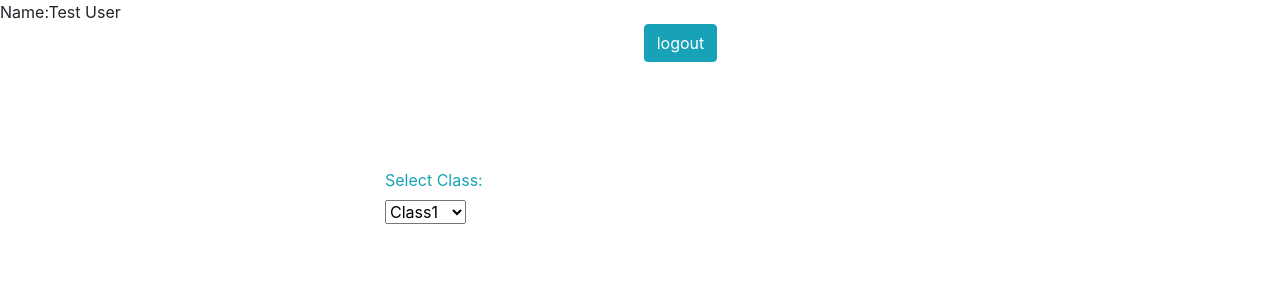
Repository: sindurup/Phase2Project
Page: http://localhost/LearnersAcademyPro/classInfo.jsp
The author's editor kept a copy of each file at every save. The page is drawn from the files as they stood at one save, then again after the next save.
The browser window is 1280 px wide. The pictures show the whole page.
Some web libraries are served in a nearby version. The page is served by Tomcat 9. The session is filled in as if someone had signed in: {"uname": "Test User", "pw": 1}.

Above is the page before, as saved 2021-09-27 12:40:56.
Console error: TypeError: Cannot read properties of undefined (reading 'fn')

After the next save:
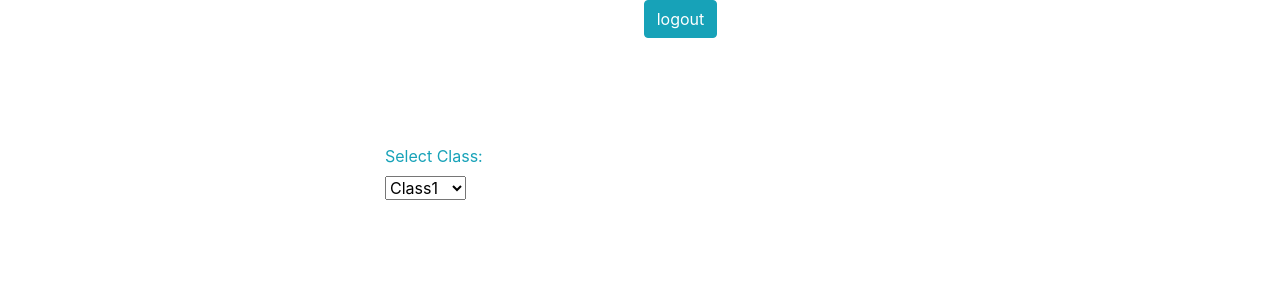
Saved 28 s later.
--- a/LearnersAcademyPro/src/main/webapp/classInfo.jsp
+++ b/LearnersAcademyPro/src/main/webapp/classInfo.jsp
@@ -15,7 +15,7 @@
 <%
 response.setHeader("Cache-Control","no-cache,no-store,must-revalidate");
 HttpSession session1=request.getSession();
-out.println("Name:"+session.getAttribute("uname"));
+
 
     if(session.getAttribute("uname")==null)
     {
